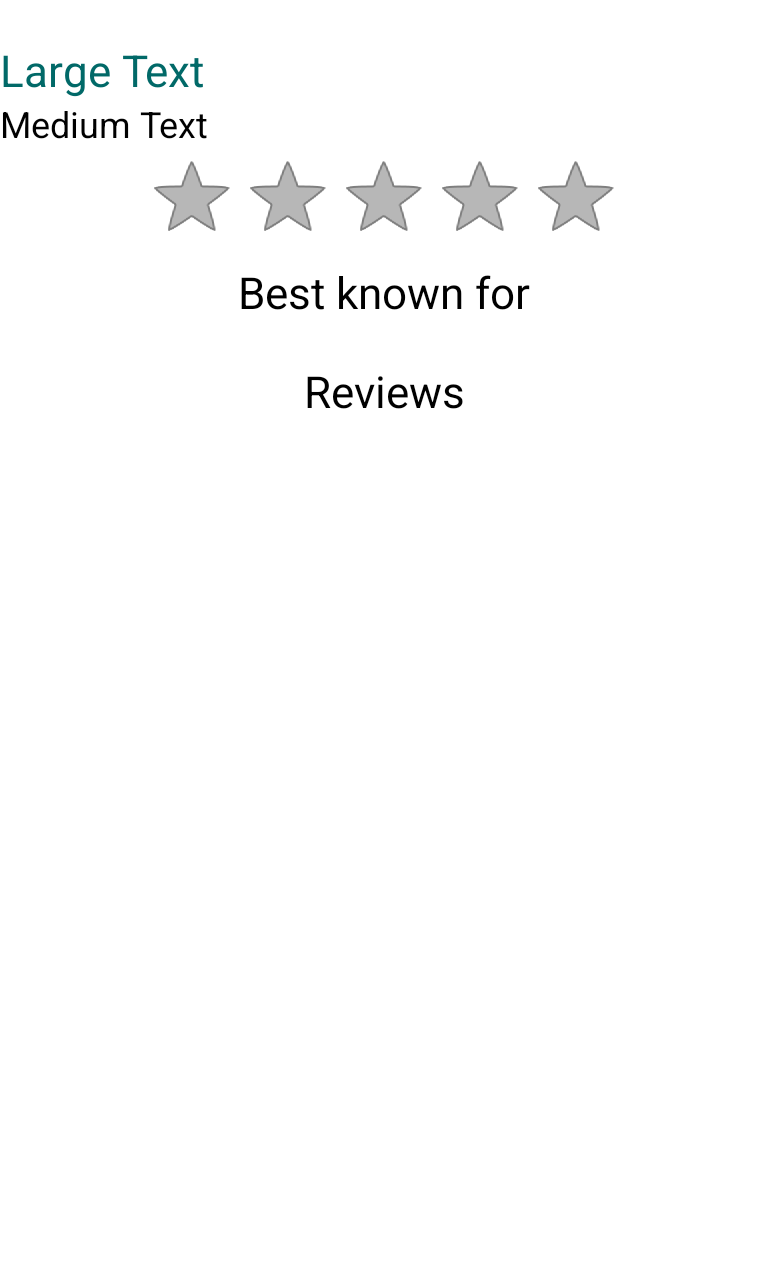
Repository: yash256/atnt
Layout: Farmdroid/res/layout/market_details.xml
These files come from the project's save history. The layout is drawn as it stood at one moment and after the next save; the edit follows.
It is drawn on a 768 x 1280 px phone screen (xhdpi) without system bars, with theme AppTheme; the app's code is not run. Lists and similar views that code fills are empty.

Above is the layout before, as saved 2014-11-10 05:55:15.

After the next save:
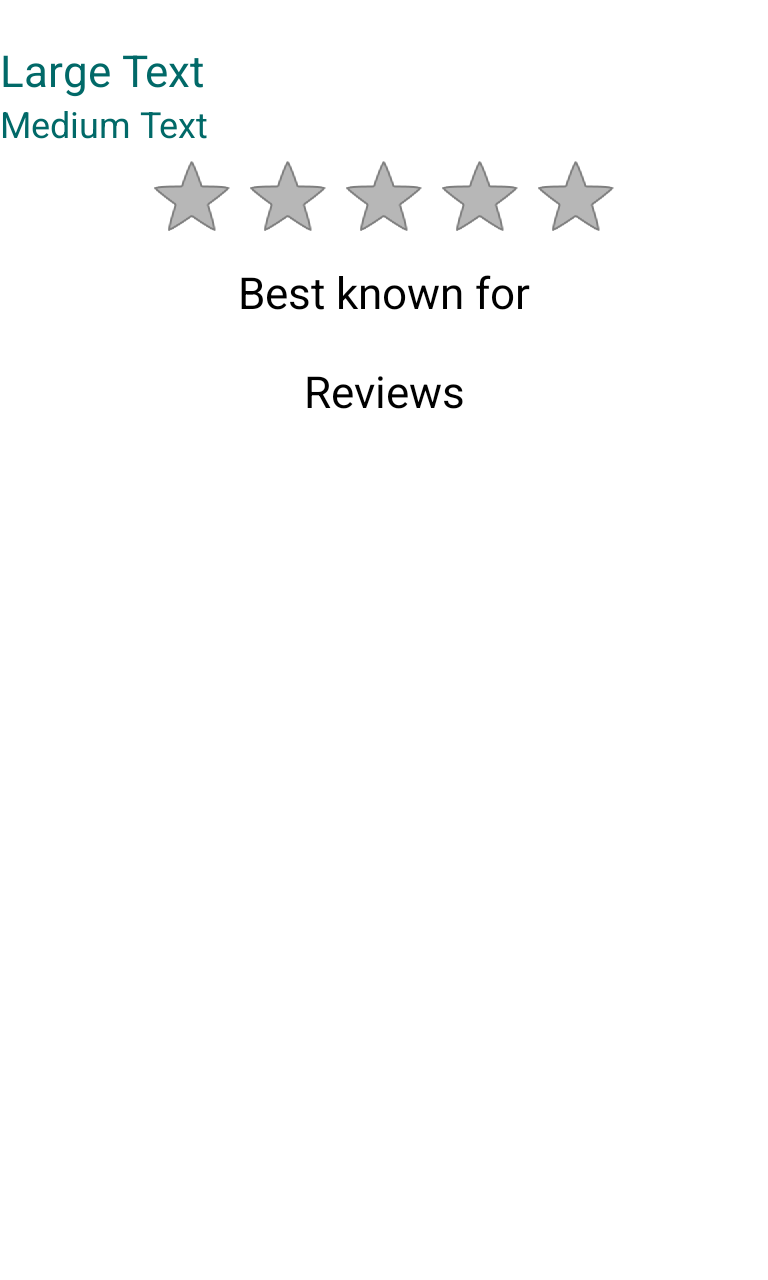
Saved 3 min 44 s later.
--- a/Farmdroid/res/layout/market_details.xml
+++ b/Farmdroid/res/layout/market_details.xml
@@ -28,7 +28,8 @@
         android:layout_row="1"
         android:layout_columnSpan="8"
         android:text="Medium Text"
-        android:textAppearance="?android:attr/textAppearanceMedium" />
+        android:textAppearance="?android:attr/textAppearanceMedium"
+        android:textColor="#016968"/>
 
     <RatingBar
         android:id="@+id/ratingBar1"
